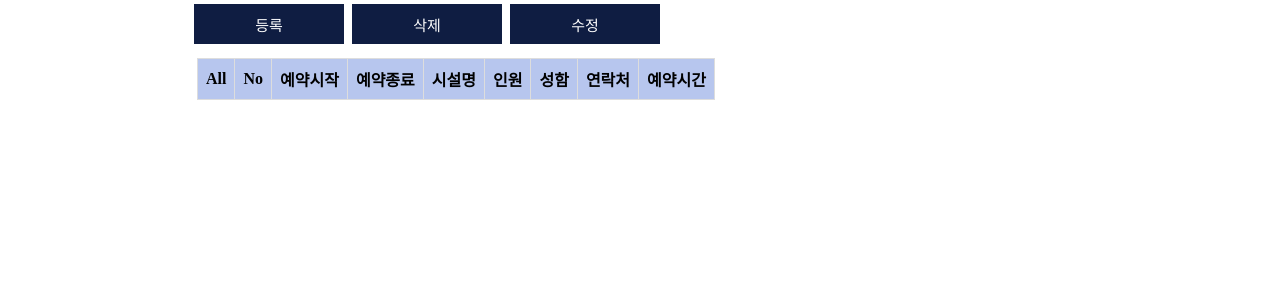
Repository: psyoongsc/SogongDo_Facility
Page: http://localhost/SogongDo_Management_System/Reservation_Mgmt/InquiryReserveView.jsp
An editor plug-in stored every save of this project. The page is shown before and after the next save, followed by the edit.
The browser window is 1280 px wide. The pictures show the whole page.
The page is served by Tomcat 9. Nobody is signed in. The application's start-up code is not run. Other server files are loaded and not shown.

Above is the page before, as saved 2020-06-25 16:35:32.

### SogongDo_Management_System/WebContent/Reservation_Mgmt/InquiryReserveView.jsp
<%@ page language="java" contentType="text/html; charset=UTF-8"
    pageEncoding="UTF-8"%>
<%@ page import="java.util.*" %>
<%@ page import="Reservation_Mgmt.persistance.*" %>
<%@ page isELIgnored="false"%>
<!DOCTYPE html PUBLIC "-//W3C//DTD HTML 4.01 Transitional//EN" "http://www.w3.org/TR/html4/loose.dtd">
<html>
<head>
	<title>예약 정보 관리</title>
	<style>

body{

    margin: 0;
    padding: 0;
}



.content{
    width: 100%;
    height: 30rem;
}

table {
    position: relative;
    left: 50%;
    transform: translateX(-50%);
    margin: 10px 5px;
    border-collapse: collapse;
    width: 70%;
    display:block;
    height:450px;
    overflow:auto;
}

th, td {
    padding: 8px;
    text-align: center;
    border-bottom: 1px solid #ddd;
    border: 1px solid #ddd;
}

thead th{
    background-color: #B7C6EE;
}

tbody tr:hover {background-color:#DEE6F8;}

.bt{
    position: relative;
    left: 15%;
   	width : 150px;
    height : 40px;
    background-color: #0F1D42;
    border: none;
    color: white;
    padding: 10px;
    text-align: center;
    text-decoration: none;
    display: inline-block;
    font-size: 15px;
    margin: 4px 2px;
    cursor: pointer;
}

.btC{
position: relative;
    left: 33.5%;
   	width : 150px;
    height : 40px;
    background-color: #0F1D42;
    border: none;
    color: white;
    padding: 10px;
    text-align: center;
    text-decoration: none;
    display: inline-block;
    font-size: 15px;
    margin: 4px 2px;
    cursor: pointer;
}

</style>
</head>
<body>
        <div class="content">
          	<button class="bt register">등록</button>
           	<button class="bt delete">삭제</button>
			<button class="bt update">수정</button>


            <table>
                <thead>
                    <tr>
                       <th class="a">All</th>
						<th class="b">No</th>
						<th class="c">예약시작</th>
						<th class="d">예약종료</th>
						<th class="e">시설명</th>
						<th class="f">인원</th>
						<th class="g">성함</th>
						<th class="h">연락처</th>
						<th class="i">예약시간</th>
                    </tr>
                </thead>
                <tbody>
					<%
						ArrayList<ReservationDTO> list = (ArrayList<ReservationDTO>) request.getAttribute("reserve");
								if(list != null) {
									for (ReservationDTO dto : list) {
										pageContext.setAttribute("reserve", dto);
					%>
					 <tr>
                       	<td><input class="ch" type="checkbox"></td>
                       	<td class="id"><%= dto.getReservation_ID() %></td>
                       	<td><%= dto.getReservation_Start()%></td>
						<td><%= dto.getReservation_End()%></td>
						<td><%= dto.getFacilities_Name()%></td>
						<td><%= dto.getHeadCount()%></td>
						<td><%= dto.getReservation_Name() %></td>
						<td><%= dto.getReservation_Phone_Number() %></td>
						<td><%= dto.getReservation_Date() %></td>
                    </tr>
					<%}}%>
                </tbody>
            </table>

        </div>



	<script>
	window.addEventListener("load",function(){

		const registerbtn = document.querySelector(".register");
		const deletebtn = document.querySelector(".delete");
		const updatebtn = document.querySelector(".update");
		const chbox = document.querySelectorAll(".ch");
		const id = document.querySelectorAll(".id");

		registerbtn.addEventListener("click",()=>{
			//새로운 창 뜨도록 하기
			window.open("../Reservation_Mgmt/RegisterReserveView.jsp","예약 정보 등록","width=500, height=400, left=300, top=300");
		})

		deletebtn.addEventListener("click",()=>{
			//체크박스에 체크한 id가져오기
			var ids = new Array();
			for(var i=0; i<chbox.length; i++){
				if(chbox[i].checked==true){
					ids.push(id[i].innerText);
				}
			}
			if(ids.length==0){
				alert('삭제할 정보를 선택하세요');
			}else{

				//삭제컨트롤러에 전송
				var ox = confirm("예약 정보를 삭제하시겠습니까?");
				if(ox){
					var url = "/SogongDo_Management_System/Reservation/delete?";
					url += "cnt="+ids.length+"&";
					for(var i=0;i<ids.length;i++){
						url += "id"+i+"="+ids[i]+"&"
					}
					window.location.href = url;
				}
			}
		})

		updatebtn.addEventListener("click",()=>{
			// 새로운 창 뜨도록 하기
			var cnt = 0;
			var up;
			for(var i=0; i<chbox.length; i++){
				if(chbox[i].checked==true){
					cnt++;
					up = id[i].innerText;
				}
			}
			if(cnt==0){
				alert('수정할 정보를 선택하세요');
			}
			else if(cnt==1){
				//System.out.pritnln("update 넘길 ID : " + up);

				window.open("/SogongDo_Management_System/Reservation/update/view?id="+up,"예약 정보 수정","width=500, height=400, left=300, top=300");
			}else{
				alert('하나만 선택');
			}
		})

	})
	</script>
</body>
</html>

After the next save:
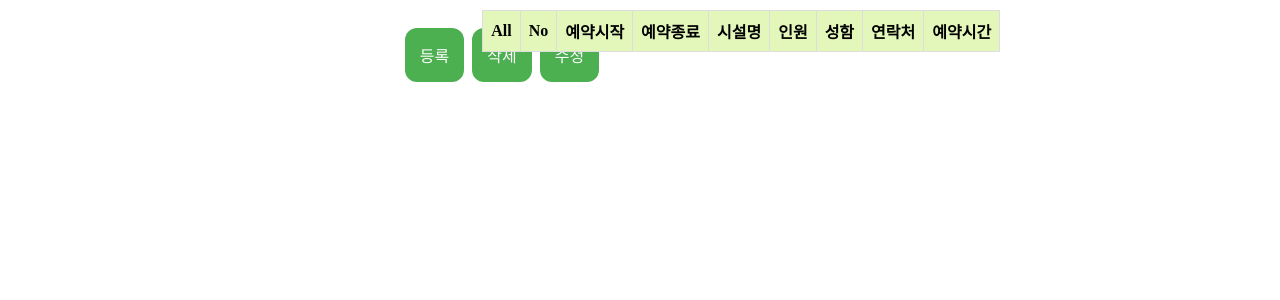
Saved 95 s later.
--- a/SogongDo_Management_System/WebContent/Reservation_Mgmt/InquiryReserveView.jsp
+++ b/SogongDo_Management_System/WebContent/Reservation_Mgmt/InquiryReserveView.jsp
@@ -7,81 +7,54 @@
 <html>
 <head>
 	<title>예약 정보 관리</title>
-	<style>
+    <style>
+		body{
+		    margin: 0;
+		    padding: 0;
+		    text-align: center;
+		}
 
-body{
+		th, td {
+		    padding: 8px;
+		    text-align: center;
+		    border-bottom: 1px solid;
+		    border: 1px solid;
+		}
 
-    margin: 0;
-    padding: 0;
-}
+		thead th{
+		    background-color: #E4F7BA;
+		}
 
+		table {
+		    position: relative;
+		    margin: 10px 5px;
+		    border-collapse: collapse;
+		    display: inline-block;
+		    overflow:auto;
+		}
 
+		tbody tr:hover {background-color:#f5f5f5;}
 
-.content{
-    width: 100%;
-    height: 30rem;
-}
+        th, td {
+            border: 1px solid #ddd;
+            border-collapse: collapse;
+        }
 
-table {
-    position: relative;
-    left: 50%;
-    transform: translateX(-50%);
-    margin: 10px 5px;
-    border-collapse: collapse;
-    width: 70%;
-    display:block;
-    height:450px;
-    overflow:auto;
-}
-
-th, td {
-    padding: 8px;
-    text-align: center;
-    border-bottom: 1px solid #ddd;
-    border: 1px solid #ddd;
-}
-
-thead th{
-    background-color: #B7C6EE;
-}
-
-tbody tr:hover {background-color:#DEE6F8;}
-
-.bt{
-    position: relative;
-    left: 15%;
-   	width : 150px;
-    height : 40px;
-    background-color: #0F1D42;
-    border: none;
-    color: white;
-    padding: 10px;
-    text-align: center;
-    text-decoration: none;
-    display: inline-block;
-    font-size: 15px;
-    margin: 4px 2px;
-    cursor: pointer;
-}
-
-.btC{
-position: relative;
-    left: 33.5%;
-   	width : 150px;
-    height : 40px;
-    background-color: #0F1D42;
-    border: none;
-    color: white;
-    padding: 10px;
-    text-align: center;
-    text-decoration: none;
-    display: inline-block;
-    font-size: 15px;
-    margin: 4px 2px;
-    cursor: pointer;
-}
-
-</style>
+        .bt {
+            position: relative;
+		    border-radius: 12px;
+		    background-color: #4CAF50;
+		    border: none;
+		    left: 10%;
+		    color: white;
+		    padding: 15px;
+		    text-align: center;
+		    text-decoration: none;
+		    display: inline-block;
+		    font-size: 16px;
+		    margin: 4px 2px;
+        }
+    </style>
 </head>
 <body>
         <div class="content">
